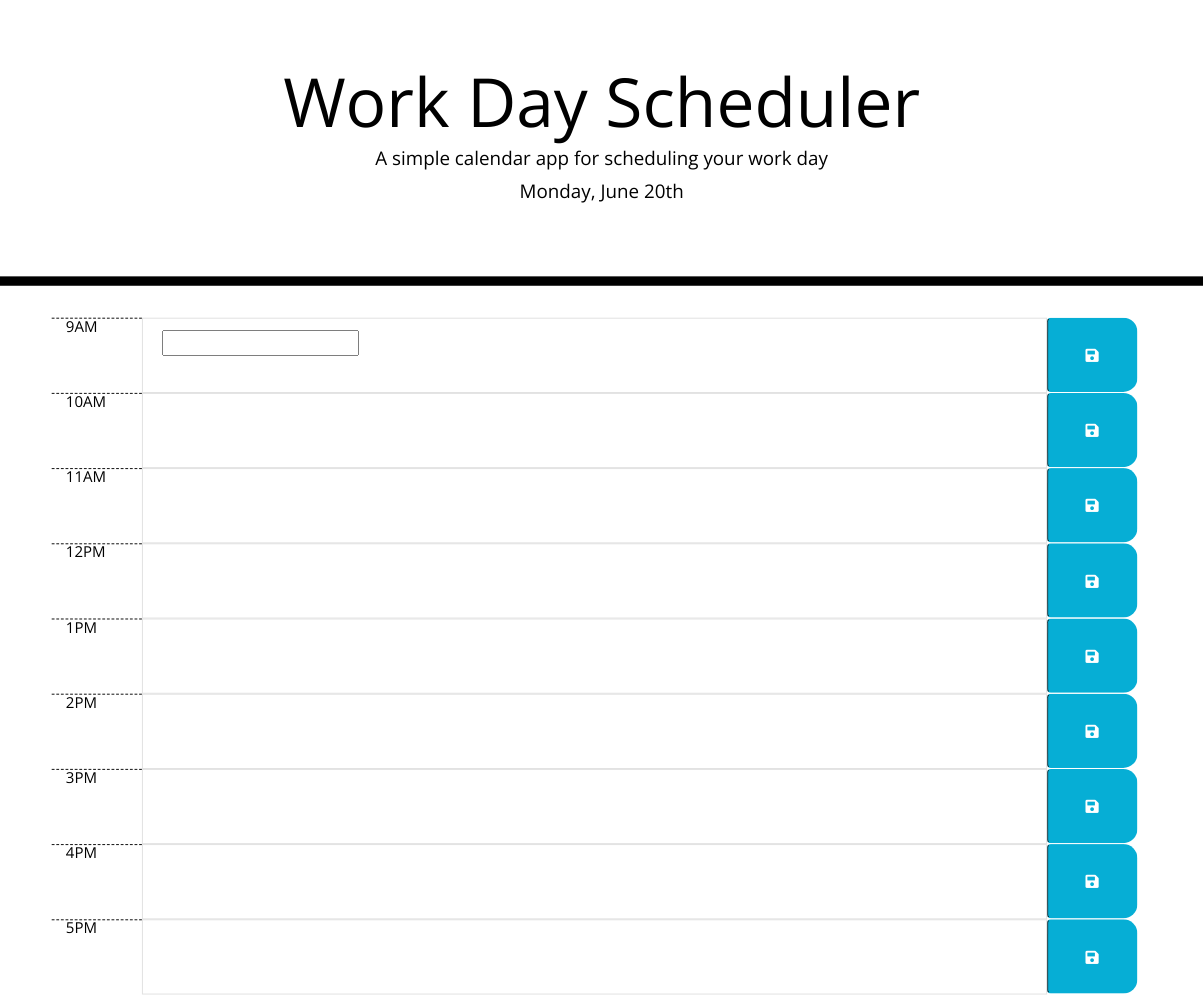
Repository: dtierney21/work-day-scheduler
Page: index.html
The author's editor kept a copy of each file at every save. The page is drawn from the files as they stood at one save, then again after the next save.
The browser window is 1280 px wide. The pictures show the whole page, at 94% of full size.
Some web libraries are served in a nearby version.

Above is the page before, as saved 2022-06-28 15:21:32.
Console error: ReferenceError: localStage is not defined

After the next save:
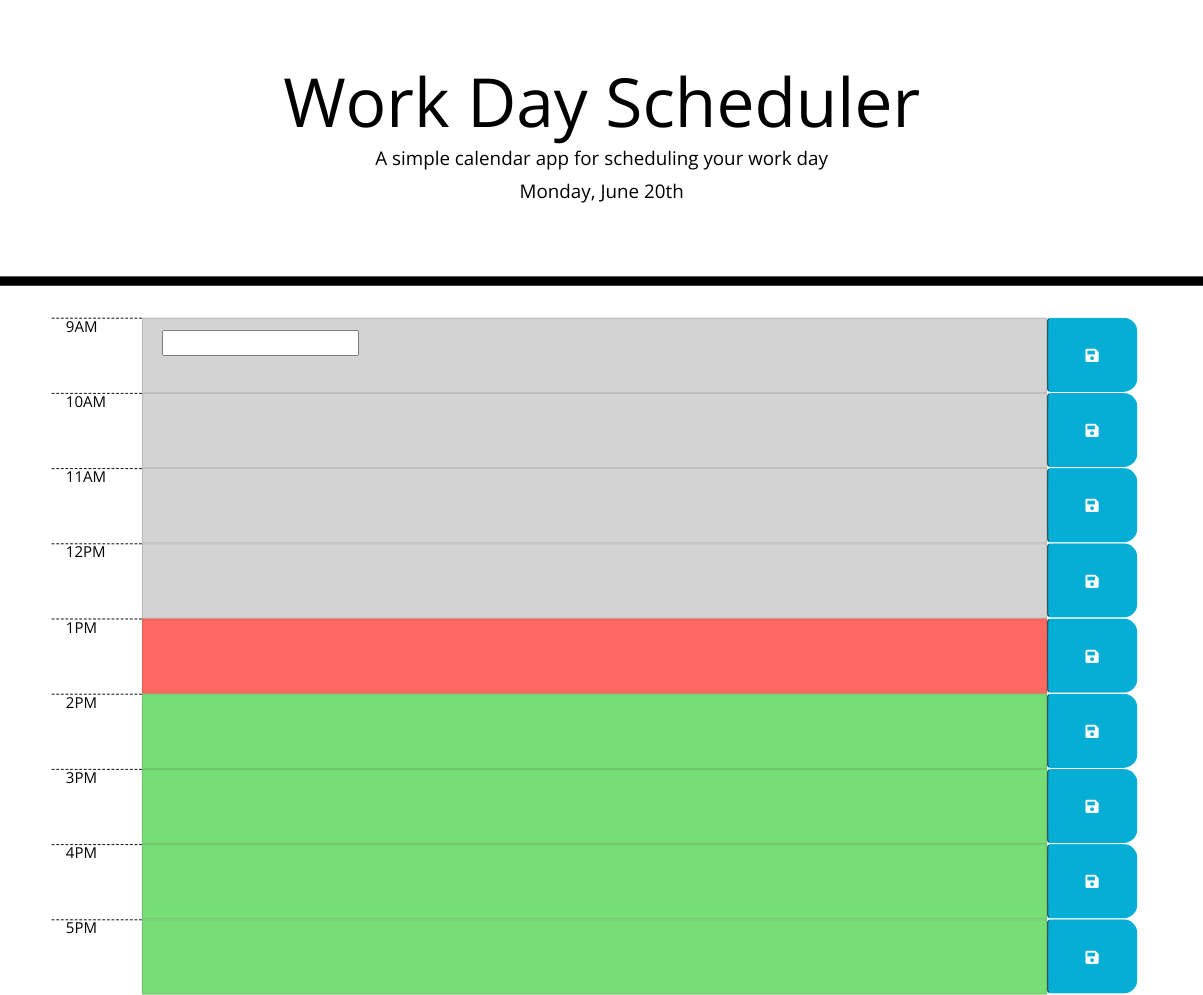
The error is gone.
Saved 32 s later.
--- a/assets/js/script.js
+++ b/assets/js/script.js
@@ -9,7 +9,7 @@ var today = moment().format('dddd, MMMM Do');
 
 currentDayEl.text(today);
 
-var descriptions = localStage.getItem("descriptions")
+var descriptions = localStorage.getItem("descriptions")
 
 
 
